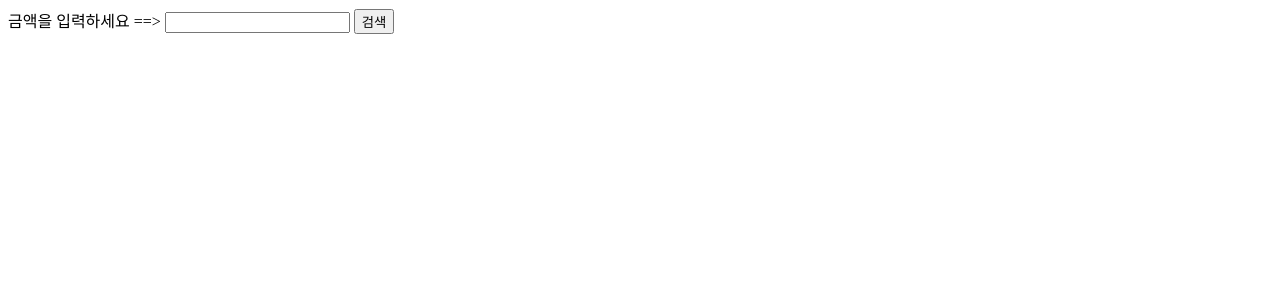
Repository: Jin0207/database_web
Page: http://localhost/day1109/searchBookStartEnd.jsp
An editor plug-in stored every save of this project. The page is shown before and after the next save, followed by the edit.
The browser window is 1280 px wide. The pictures show the whole page.
The page is served by Tomcat 9.

Above is the page before, as saved 2021-11-09 07:46:47.

After the next save:
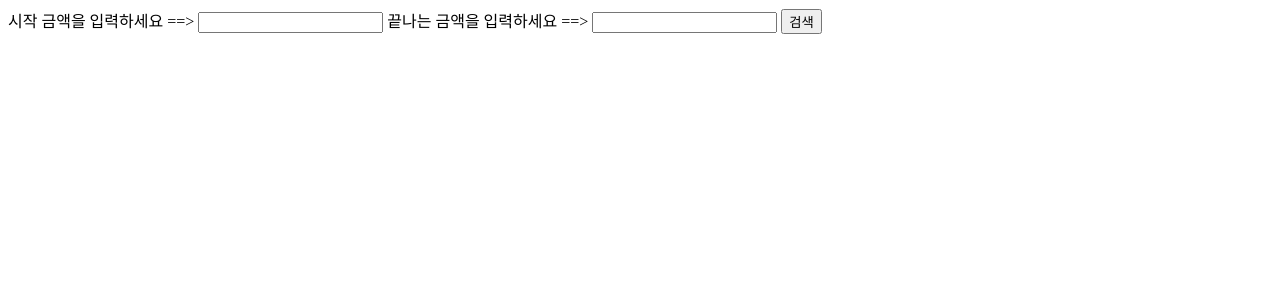
Saved 37 s later.
--- a/day1109/src/main/webapp/searchBookStartEnd.jsp
+++ b/day1109/src/main/webapp/searchBookStartEnd.jsp
@@ -11,7 +11,8 @@
 </head>
 <body>
 	<form action="searchBook.jsp" method="post">
-		금액을 입력하세요 ==> <input type="text" name="price">
+		시작 금액을 입력하세요 ==> <input type="text" name="start">
+		끝나는 금액을 입력하세요 ==> <input type="text" name="start">
 		<input type="submit" value="검색">
 	</form>
 
